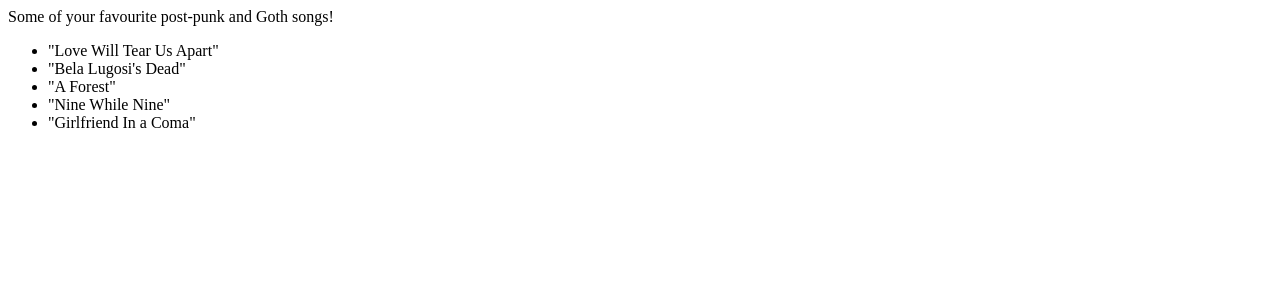
Repository: RonnieL2005/ginger
Page: my_list.html
These files come from the project's save history. The page is drawn as it stood at one moment and after the next save; the edit follows.
The browser window is 1280 px wide. The pictures show the whole page.

Above is the page before, as saved 2023-12-05 09:34:33.

After the next save:
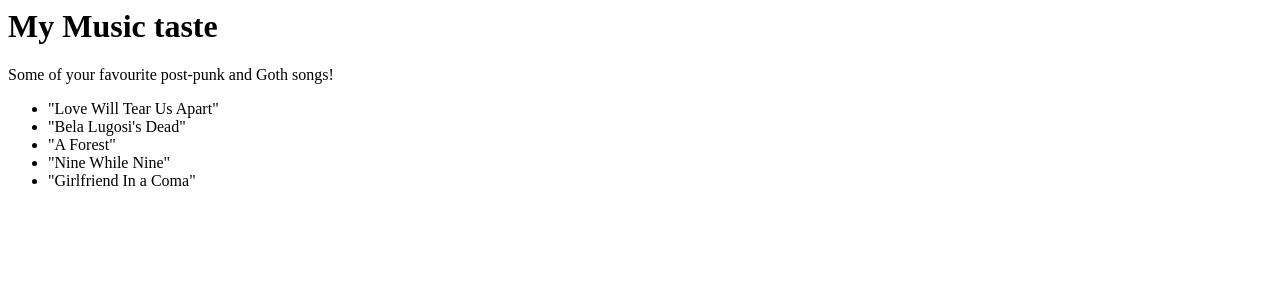
Saved 54 s later.
--- a/my_list.html
+++ b/my_list.html
@@ -1,3 +1,4 @@
+<h1>My Music taste</h1>
 <p>Some of your favourite post-punk and Goth songs!</p>
 <ul>
 <li>"Love Will Tear Us Apart"</li>
